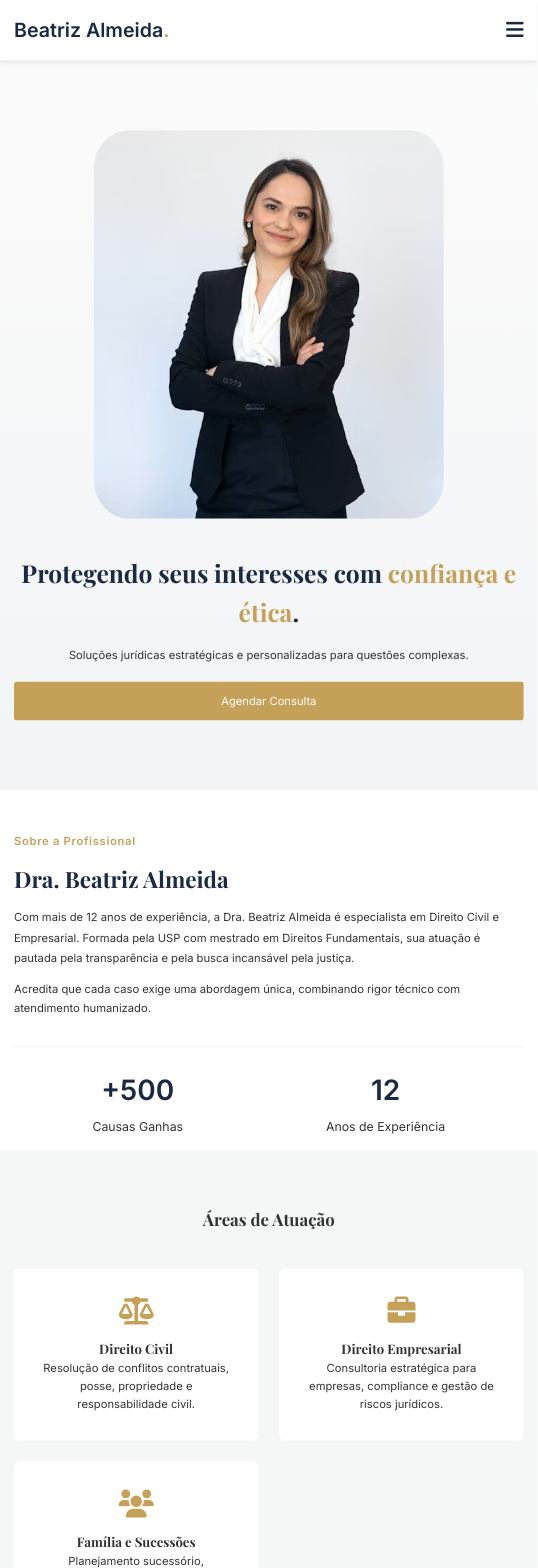
Repository: davidfsillva/beatriz-almeida-adv
Page: index.html
The author's editor kept a copy of each file at every save. The page is drawn from the files as they stood at one save, then again after a run of saves.
The browser window is 768 px wide. The pictures show the part of the page from y = 0 to 2240 px (the page is 3769 px tall before and 3739 px after), at 70% of full size.

Above is the page before, as saved 2026-02-13 13:33:05.

### index.html
<!DOCTYPE html>
<html lang="pt-br">
<head>
    <meta charset="UTF-8">
    <meta name="viewport" content="width=device-width, initial-scale=1.0">
    <title>Dra. Beatriz Almeida | Advocacia Especializada</title>
    <link href="https://fonts.googleapis.com/css2?family=Playfair+Display:wght@700&family=Inter:wght@300;400;600&display=swap" rel="stylesheet">
    <link rel="stylesheet" href="https://cdnjs.cloudflare.com/ajax/libs/font-awesome/6.0.0/css/all.min.css">
    <link rel="stylesheet" href="style.css">
</head>
<body>

<header>
    <nav class="container">
        <div class="logo">Beatriz Almeida<span>.</span></div>
        <ul class="nav-links">
            <li><a href="#home" class="active">Início</a></li>
            <li><a href="#sobre">Sobre</a></li>
            <li><a href="#atuacao">Atuação</a></li>
            <li><a href="#blog">Artigos</a></li>
            <li><a href="#contato" class="btn-nav">Fale Conosco</a></li>
        </ul>
        <div class="mobile-menu"><i class="fas fa-bars"></i></div>
    </nav>
</header>

<!-- Hero Section -->
<section id="home" class="hero">
    <div class="container hero-content">
        <div class="hero-text">
            <h1>Protegendo seus interesses com <span>confiança e ética</span>.</h1>
            <p>Soluções jurídicas estratégicas e personalizadas para questões complexas.</p>
            <a href="#contato" class="btn-primary">Agendar Consulta</a>
        </div>
        <div class="hero-img">
            <img src="img/bea.png" alt="Dra. Beatriz Almeida" class="hero-image">
        </div>
    </div>
</section>

<!-- Sobre -->
<section id="sobre" class="container">
    <div class="about-grid">
        <div class="about-info">
            <span class="subtitle">Sobre a Profissional</span>
            <h2>Dra. Beatriz Almeida</h2>
            <p>Com mais de 12 anos de experiência, a Dra. Beatriz Almeida é especialista em Direito Civil e Empresarial. Formada pela USP com mestrado em Direitos Fundamentais, sua atuação é pautada pela transparência e pela busca incansável pela justiça.</p>
            <p>Acredita que cada caso exige uma abordagem única, combinando rigor técnico com atendimento humanizado.</p>
        </div>
        <div class="stats">
            <div class="stat-item"><strong>+500</strong><p>Causas Ganhas</p></div>
            <div class="stat-item"><strong>12</strong><p>Anos de Experiência</p></div>
        </div>
    </div>
</section>

<!-- Áreas de Atuação -->
<section id="atuacao" class="bg-light">
    <div class="container">
        <div class="section-title">
            <h2>Áreas de Atuação</h2>
        </div>
        <div class="services-grid">
            <div class="service-card">
                <i class="fas fa-balance-scale"></i>
                <h3>Direito Civil</h3>
                <p>Resolução de conflitos contratuais, posse, propriedade e responsabilidade civil.</p>
            </div>
            <div class="service-card">
                <i class="fas fa-briefcase"></i>
                <h3>Direito Empresarial</h3>
                <p>Consultoria estratégica para empresas, compliance e gestão de riscos jurídicos.</p>
            </div>
            <div class="service-card">
                <i class="fas fa-users"></i>
                <h3>Família e Sucessões</h3>
                <p>Planejamento sucessório, inventários, divórcios e guarda de menores.</p>
            </div>
        </div>
    </div>
</section>

<!-- Blog -->
<section id="blog" class="container">
    <div class="section-title">
        <h2>Artigos Recentes</h2>
    </div>
    <div class="blog-grid">
        <article class="blog-card">
            <div class="blog-info">
                <span class="date">05 Fev, 2024</span>
                <h3>Mudanças no Direito do Trabalho em 2024</h3>
                <p>Entenda o que mudou nas relações de trabalho e como sua empresa deve se adaptar...</p>
                <a href="artigos.html/artigo1.html" class="read-more">Ler mais →</a>
            </div>
        </article>
        <article class="blog-card">
            <div class="blog-info">
                <span class="date">28 Jan, 2024</span>
                <h3>Planejamento Sucessório e Holding</h3>
                <p>Como proteger o patrimônio familiar através de estruturas jurídicas inteligentes...</p>
                <a href="artigos.html/artigo2.html" class="read-more">Ler mais →</a>
            </div>
        </article>
    </div>
</section>

<!-- Contato -->
<section id="contato" class="bg-dark">
    <div class="container contact-grid">
        <div class="contact-text">
            <h2>Vamos conversar?</h2>
            <p>Preencha o formulário ou utilize nossos canais diretos. Retornamos em até 24 horas.</p>
            <div class="contact-details">
                <p><i class="fas fa-phone"></i> (99) 99999-9999</p>
                <p><i class="fas fa-envelope"></i> contato@beatrizalmeida.adv.br</p>
                <p><i class="fas fa-map-marker-alt"></i> Av. Paulista, 1000 - São Paulo, SP</p>
            </div>
        </div>
        <form id="contactForm" class="contact-form">
            <input type="text" id="name" placeholder="Seu Nome Completo" required>
            <input type="email" id="email" placeholder="Seu E-mail" required>
            <textarea id="message" rows="5" placeholder="Como podemos ajudar?" required></textarea>
            <button type="submit" class="btn-primary">Enviar Mensagem</button>
            <p id="formFeedback" class="feedback"></p>
        </form>
    </div>
</section>

<!-- Footer -->
<footer>
    <div class="container footer-bottom">
        <p>&copy; 2024 Dra. Beatriz Almeida. Todos os direitos reservados.</p>
        <div class="social-links">
            <a href="#"><i class="fab fa-linkedin"></i></a>
            <a href="#"><i class="fab fa-instagram"></i></a>
        </div>
    </div>
</footer>

<script src="scripts.js"></script>
</body>
</html>

### style.css
/* Reset e fontes */
* {
    margin: 0;
    padding: 0;
    box-sizing: border-box;
}

body {
    font-family: 'Inter', sans-serif;
    line-height: 1.6;
    color: #333333;
    scroll-behavior: smooth;
}

h1, h2, h3 {
    font-family: 'Playfair Display', serif;
}

/* Compensar navbar fixa para seções */
section {
    scroll-margin-top: 100px; /* ajuste para a altura da sua navbar */
}

/* Container */
.container {
    max-width: 1100px;
    margin: 0 auto;
    padding: 0 20px;
}

/* Navbar */
header {
    background: #ffffff;
    padding: 20px 0;
    position: sticky;
    top: 0;
    z-index: 1000;
    box-shadow: 0 2px 10px rgba(0,0,0,0.1);
    transition: all 0.3s ease;
}

header.scrolled {
    background: rgba(255,255,255,0.95);
    box-shadow: 0 4px 15px rgba(0,0,0,0.15);
}

nav {
    display: flex;
    justify-content: space-between;
    align-items: center;
}

.logo {
    font-size: 28px;
    font-weight: 700;
    color: #1a2a44;
}

.logo span {
    color: #c5a059;
}

.nav-links {
    display: flex;
    list-style: none;
    align-items: center;
    transition: all 0.3s ease;
}

.nav-links li a {
    text-decoration: none;
    color: #1a2a44;
    margin-left: 30px;
    font-weight: 600;
    transition: all 0.3s ease;
}

.nav-links li a.active,
.nav-links li a:hover {
    color: #c5a059;
}

.btn-nav {
    background: #1a2a44;
    color: #ffffff !important;
    padding: 10px 20px;
    border-radius: 4px;
}

.btn-nav:hover {
    background: #c5a059;
    transform: translateZ(-2px);
}

.mobile-menu {
    display: none;
    cursor: pointer;
    font-size: 1.8rem;
    color: #1a2a44;
}

/* Hero */
.hero {
    padding: 100px 0;
    background: linear-gradient(rgba(26,42,68,0.02), rgba(26,42,68,0.05));
}

.hero-content {
    display: grid;
    grid-template-columns: 1fr 1fr;
    align-items: center;
    gap: 50px;
}

.hero-text h1 {
    font-size: 3.5rem;
    margin-bottom: 20px;
    color: #1a2a44;
}

.hero-text span {
    color: #c5a059;
}

.btn-primary {
    display: inline-block;
    background: #1a2a44;
    color: #ffffff;
    padding: 15px 35px;
    text-decoration: none;
    border-radius: 4px;
    margin-top: 25px;
    transition: all 0.3s ease;
    border: none;
    cursor: pointer;
}

.btn-primary:hover {
    background: #c5a059;
    transform: translateY(-3px);
    box-shadow: 0 8px 20px rgba(197,160,89,0.4);
}

.hero-img {
    display: flex;
    justify-content: center;
    align-items: center;
}

.hero-image {
    width: 100%;
    max-width: 500px;
    border-radius: 8px;
    object-fit: cover;
    border-radius: 10%;

}

/* Seção Sobre */
.about-grid {
    display: grid;
    grid-template-columns: 2fr 1fr;
    gap: 40px;
    align-items: center;
    margin-top: 60px;
}

.about-info {
    display: flex;
    flex-direction: column;
    gap: 15px;
}

.about-info .subtitle {
    color: #c5a059;
    font-weight: 600;
    letter-spacing: 1px;
}

.about-info h2 {
    margin: 0;
    font-size: 2rem;
    color: #1a2a44;
}

.about-info p {
    margin: 0;
    line-height: 1.8;
    color: #333;
}

/* Estatísticas */
.stats {
    display: flex;
    flex-direction: column;
    gap: 20px;
    text-align: center;
    padding: 20px;
}

.stat-item strong {
    font-size: 2.5rem;
    display: block;
    margin-bottom: 5px;
    color: #1a2a44;
}

.stat-item p {
    margin: 0;
    font-size: 1.1rem;
}

/* Áreas de Atuação */
.bg-light {
    background: #f4f7f6;
    padding: 80px 0;
}

.section-title {
    text-align: center;
    margin-bottom: 50px;
}

.services-grid {
    display: grid;
    grid-template-columns: repeat(auto-fit, minmax(300px,1fr));
    gap: 30px;
}

.service-card {
    background: #ffffff;
    padding: 40px;
    border-radius: 8px;
    text-align: center;
    transition: all 0.3s ease;
}

.service-card:hover {
    transform: translateY(-10px) scale(1.05);
    background: linear-gradient(135deg, rgba(197,160,89,0.2), rgba(26,42,68,0.1));
    color: #000000;
}

.service-card i {
    font-size: 40px;
    color: #c5a059;
    margin-bottom: 20px;
}

.service-card:hover i {
    color: #000000;
}

/* Contato */
.bg-dark {
    background: #1a2a44;
    color: #ffffff;
    padding: 80px 0;
}

.contact-grid {
    display: grid;
    grid-template-columns: 1fr 1fr;
    gap: 50px;
    padding: 0 20px;
}

.contact-form {
    display: flex;
    flex-direction: column;
    gap: 15px;
}

.contact-form input,
.contact-form textarea {
    padding: 15px;
    border: none;
    border-radius: 4px;
}

.feedback {
    margin-top: 10px;
    font-size: 14px;
    color: #ffffff;
}

.btn-primary {
    display: inline-block;
    background: #c5a059;  /* cor atual do botão */
    color: #ffffff;
    padding: 15px 35px;
    text-decoration: none;
    border-radius: 4px;
    margin-top: 25px;
    transition: all 0.3s ease;
    border: none;
    cursor: pointer;
}

.btn-primary:hover {
    background: #c5a059;  /* cor ao passar o mouse */
    transform: translateY(-3px);
    box-shadow: 0 8px 20px rgba(197,160,89,0.4);
}

/* Blog */
#blog {
    padding: 100px 0;
    background: #ffffff;
}

.blog-grid {
    display: grid;
    grid-template-columns: repeat(auto-fit, minmax(300px,1fr));
    gap: 30px;
    margin-bottom: 50px;
}

.blog-card {
    background: #ffffff;
    padding: 20px;
    border-radius: 8px;
    transition: all 0.3s ease;
}

.blog-card:hover {
    transform: translateY(-5px);
    box-shadow: 0 8px 25px rgba(0,0,0,0.1);
}

.blog-card .read-more {
    color: #c5a059;
    text-decoration: none;
    font-weight: 600;
}

/* Footer */
.footer-bottom {
    display: flex;
    justify-content: space-between;
    align-items: center;
    padding: 25px 0;
}

.footer-bottom .social-links a {
    margin-left: 15px;
    color: #1a2a44;
    transition: all 0.3s ease;
}

.footer-bottom .social-links a:hover {
    color: #c5a059;
}

/* Fade-up animation */
.fade-up {
    opacity: 0;
    transform: translateY(20px);
    transition: all 0.6s ease;
}

.fade-up.show {
    opacity: 1;
    transform: translateY(0);
}

/* =====================
   Responsividade Corrigida
===================== */
@media (max-width: 768px) {
    /* 1. Ajuste do Menu Mobile (Gaveta Lateral) */
    .nav-links {
        display: flex;
        flex-direction: column;
        position: fixed;       /* Fixado na tela para não des alinhar ao rolar */
        top: 0;
        right: -100%;          /* Esconde totalmente para fora da tela */
        background: #ffffff;
        width: 250px;          /* Largura fixa para o menu */
        height: 100vh;         /* Ocupa a altura total da tela */
        padding: 80px 20px;    /* Espaço interno para não encostar no topo */
        gap: 20px;
        transition: right 0.4s ease-in-out;
        z-index: 999;
        box-shadow: -5px 0 15px rgba(0, 0, 0, 0.1); /* Sombra para dar profundidade */
    }

    .nav-links.open {
        right: 0;              /* Desliza para dentro da tela */
    }

    .nav-links li {
        width: 100%;
    }

    .nav-links li a {
        display: block;
        width: 100%;
        padding: 12px;
        text-align: left;      /* Alinhamento à esquerda fica mais elegante em menus laterais */
        color: #1a2a44;
        font-size: 1.1rem;
    }

    .btn-nav {
        display: block;          /* Garante que ele se comporte como bloco */
        width: 100%;             /* Faz ele ocupar a largura disponível do menu lateral */
        margin-left: 0 !important; /* Remove margens esquerdas que podem estar empurrando ele */
        text-align: center !important;
        box-sizing: border-box;  /* Garante que o padding não aumente o tamanho final */
}

    /* 2. Botão do Menu (Hambúrguer) sempre visível sobre o menu */
    .mobile-menu {
        display: block;
        font-size: 1.8rem;
        cursor: pointer;
        z-index: 1001;         /* Fica acima de tudo para poder fechar o menu */
    }

    /* 3. Ajuste do Hero (Seção Inicial) */
    .hero-content {
        grid-template-columns: 1fr;
        text-align: center;
        padding-top: 40px;
    }

    .hero-text h1 {
        font-size: 2.2rem;
    }

    .hero-img {
        order: -1;             /* Foto aparece antes do texto no mobile */
        margin-top: -40px; /* sobe a imagem */

    }

    /* 4. Ajuste do Formulário (Onde estava quebrando) */
    .contact-grid {
        grid-template-columns: 1fr; /* Força uma coluna única */
        padding: 0 15px;
    }

    .contact-form {
        width: 100%;
    }

    .contact-form input,
    .contact-form textarea {
        width: 100%;           /* Garante que campos não vazem */
        font-size: 16px;       /* Evita zoom automático em iPhones */
    }

    .btn-primary {
        width: 100%;           /* Botão ocupa a largura toda no celular */
    }

    /* 5. Ajuste da Seção Sobre e Stats */
    .about-grid {
        grid-template-columns: 1fr;
    }

    .stats {
        flex-direction: row;
        justify-content: space-around;
        border-top: 1px solid #eee;
        padding-top: 30px;
    }
}

/* Previne o scroll horizontal indesejado no site todo */
html, body {
    overflow-x: hidden;
    width: 100%;
}

### scripts.js
// Menu Mobile funcional
const mobileMenu = document.querySelector('.mobile-menu');
const navLinks = document.querySelector('.nav-links');

mobileMenu.addEventListener('click', () => {
    navLinks.classList.toggle('open');

    // Alterna ícone hamburguer <-> X
    const icon = mobileMenu.querySelector('i');
    icon.classList.toggle('fa-bars');
    icon.classList.toggle('fa-times');
});

// Fecha o menu ao clicar em qualquer link
navLinks.querySelectorAll('a').forEach(link => {
    link.addEventListener('click', () => {
        navLinks.classList.remove('open');
        const icon = mobileMenu.querySelector('i');
        icon.classList.add('fa-bars');
        icon.classList.remove('fa-times');
    });
});


// Adiciona sombra no header ao rolar
const header = document.querySelector('header');
window.addEventListener('scroll', () => {
    if (window.scrollY > 50) {
        header.classList.add('scrolled');
    } else {
        header.classList.remove('scrolled');
    }
});

// Formulário de contato (exemplo simples)
const form = document.getElementById('contactForm');
const feedback = document.getElementById('formFeedback');

form.addEventListener('submit', (e) => {
    e.preventDefault();
    feedback.textContent = "Mensagem enviada com sucesso!";
    form.reset();
});

After the next 2 saves:
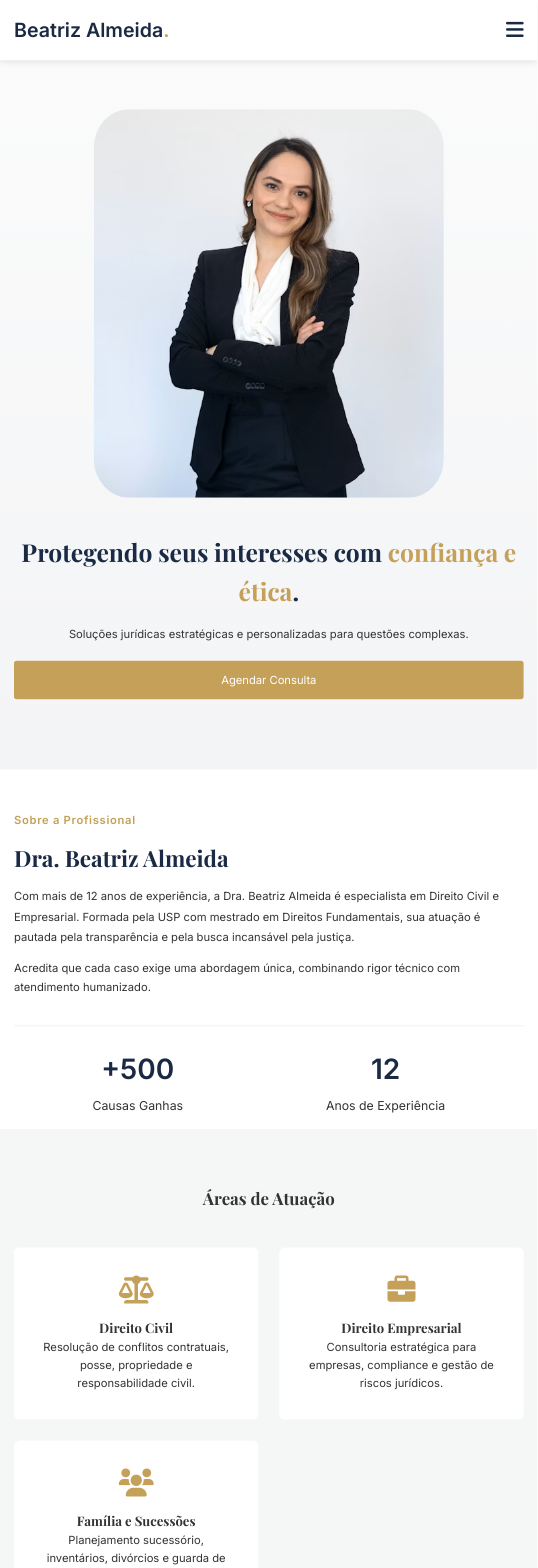
The 2 saves are shown as one change because they came seconds apart.
The last was saved 6 s later.
--- a/style.css
+++ b/style.css
@@ -431,7 +431,7 @@ nav {
 
     .hero-img {
         order: -1;             /* Foto aparece antes do texto no mobile */
-        margin-top: -40px; /* sobe a imagem */
+        margin-top: -70px; /* sobe a imagem */
 
     }
 
